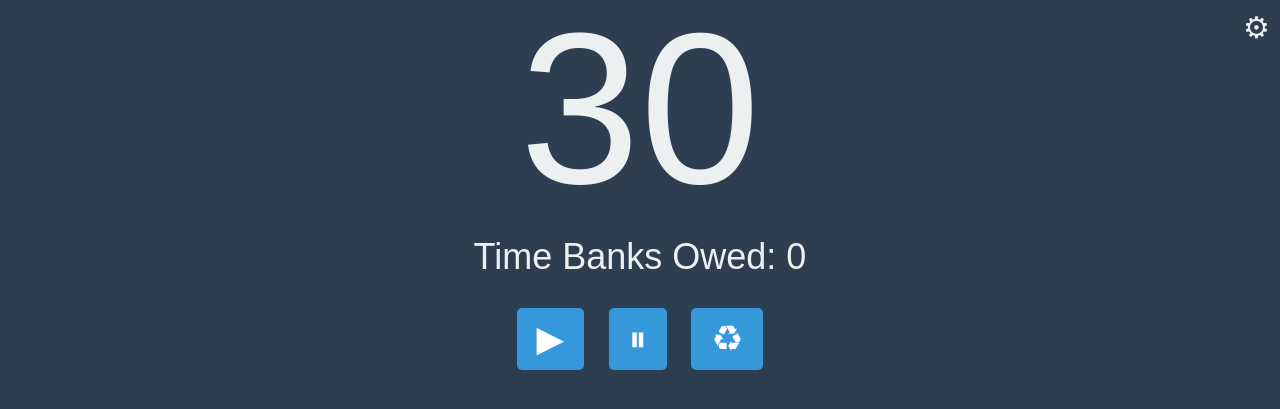
Repository: STnaidoo/poker-shot-clock
Page: index.html
An editor plug-in stored every save of this project. The page is shown before and after the next save, followed by the edit.
The browser window is 1280 px wide. The pictures show the whole page.

Above is the page before, as saved 2024-10-31 12:37:53.

After the next save:
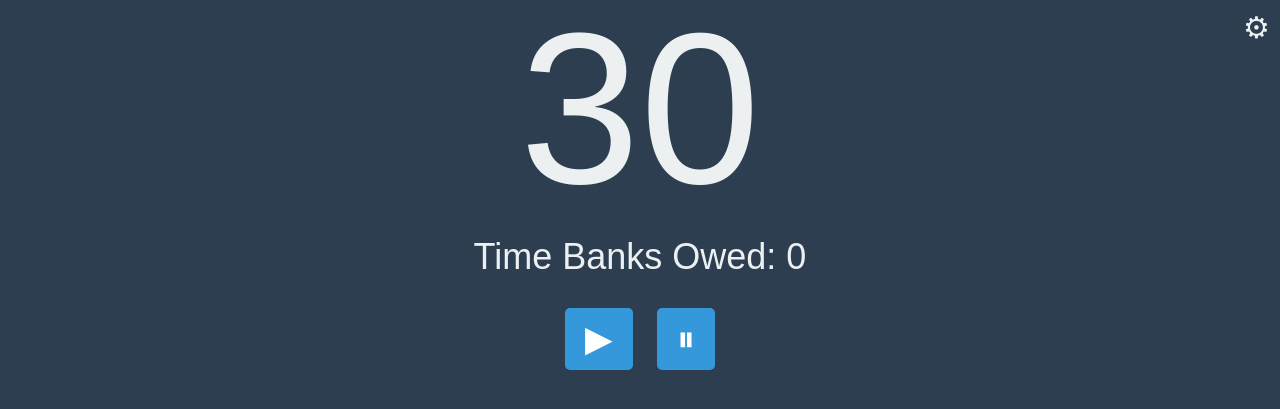
Saved 3 min 9 s later.
--- a/index.html
+++ b/index.html
@@ -67,7 +67,6 @@
     <div id="buttons">
         <button id="startButton" class="button">▶</button>
         <button id="pauseButton" class="button">⏸</button>
-        <button id="resetButton" class="button">♻</button>
     </div>
 
     <script>
@@ -75,7 +74,6 @@
         var timeBanksDisplay = document.getElementById('timeBanks');
         var startButton = document.getElementById('startButton');
         var pauseButton = document.getElementById('pauseButton');
-        var resetButton = document.getElementById('resetButton');
         var settingsIcon = document.getElementById('settingsIcon');
 
         var timeLeft;
@@ -83,7 +81,7 @@
         var timerId;
         var isRunning = false;
         var timeBanksOwed = 0;
-        var flashIntervalId;
+        var flashIntervalId = null;
 
         // Load the timer duration from localStorage or use default
         if (localStorage.getItem('timerDuration')) {
@@ -105,12 +103,11 @@
             if (isRunning) {
                 clearInterval(timerId);
                 clearInterval(flashIntervalId);
+                flashIntervalId = null;
                 document.body.style.backgroundColor = '#2c3e50'; // Reset background color
                 isRunning = false;
             }
         });
-
-        resetButton.addEventListener('click', resetAll);
 
         timerDisplay.addEventListener('click', resetTimer);
 
@@ -127,6 +124,7 @@
                 timerDisplay.textContent = timeLeft;
                 // Reset flash effects
                 clearInterval(flashIntervalId);
+                flashIntervalId = null;
                 document.body.style.backgroundColor = '#2c3e50';
             } else {
                 timeLeft--;
@@ -173,23 +171,13 @@
         function resetTimer() {
             clearInterval(timerId);
             clearInterval(flashIntervalId);
+            flashIntervalId = null;
             timeLeft = initialTime;
             timerDisplay.textContent = timeLeft;
             document.body.style.backgroundColor = '#2c3e50'; // Reset background color
             isRunning = true;
             timerId = setInterval(countdown, 1000);
         }
-
-        function resetAll() {
-            clearInterval(timerId);
-            clearInterval(flashIntervalId);
-            timeLeft = initialTime;
-            timerDisplay.textContent = timeLeft;
-            document.body.style.backgroundColor = '#2c3e50'; // Reset background color
-            isRunning = false;
-            timeBanksOwed = 0;
-            timeBanksDisplay.textContent = 'Time Banks Owed: ' + timeBanksOwed;
-        }
     </script>
 
 </body>
